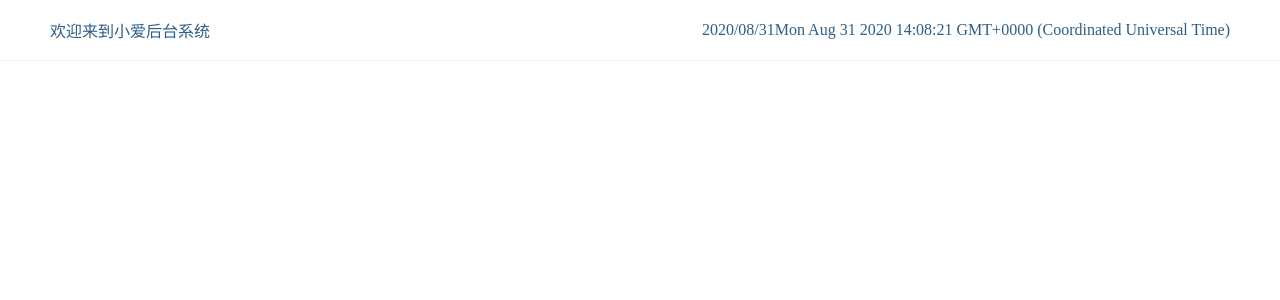
Repository: ZHANG-0714/backstage
Page: /
An editor plug-in stored every save of this project. The page is shown before and after the next save, followed by the edit.
The browser window is 1280 px wide. The pictures show the whole page.
The project was rebuilt for these pictures with package versions that can differ from the ones it lists, and the page was loaded fresh each time. Also part of the build but not shown: vue.config.js, src/views/Home.vue.

Above is the page before, as saved 2020-08-31 16:26:36.

### public/index.html
<!DOCTYPE html>
<html lang="en">

<head>
  <meta charset="utf-8">
  <meta http-equiv="X-UA-Compatible" content="IE=edge">
  <meta name="viewport" content="width=device-width,initial-scale=1.0">
  <link rel="icon" href="<%= BASE_URL %>favicon.ico">
  <title><%= htmlWebpackPlugin.options.title %></title>
</head>

<body>
  <noscript>
    <strong>We're sorry but <%= htmlWebpackPlugin.options.title %> doesn't work properly without JavaScript enabled.
      Please enable it to continue.</strong>
  </noscript>
  <div id="app"></div>
  <!-- built files will be auto injected -->

  <!--[if lte IE 9]>
    <div style='position:absolute; top: 50%; left:50%; margin-top: -50px;margin-left: -400px; align-items: center;justify-content: center;'>
      <div style='width: 800px; height: 100px;text-align: center'>
        <h1>
        您的浏览器版本过低 请下载最新的谷歌浏览器
      </h1>
      <div style='text-align: center;width: 800px'>
        <a href='http://rj.baidu.com/soft/detail/14744.html?ald'>下载谷歌浏览器点此链接</a>
      </div>
      </div>
    </div>
  <![endif]-->
</body>

</html>

### src/App.vue
<template>
  <div id="app">
    <router-view />
  </div>
</template>

<style lang="scss">
@import "../style/Css";
@import '../style/Situation'
</style>

### src/router/index.js
import Vue from 'vue'
import VueRouter from 'vue-router'
import Home from '../views/Home.vue'
import Public from '../views/Public.vue'

Vue.use(VueRouter)

const routes = [
  {
    path: '/home',
    redirect: '/'
  },
  {
    path: '/',
    component: Public,
    children: [
      {
        path: '',
        name: 'Home',
        component: Home,  //首页
        meta: {
          title: "首页"
        }
      },
    ]
  }
]

const router = new VueRouter({
  mode: 'history',
  base: process.env.BASE_URL,
  routes
})

export default router

### src/store/index.js
import Vue from 'vue'
import Vuex from 'vuex'
import user from './user/user'

Vue.use(Vuex)

export default new Vuex.Store({
  state: {
  },
  mutations: {
  },
  actions: {
  },
  modules: {
    user
  }
})

### style/Css.css
* {
	margin: 0;
	padding: 0;
}

.flex {
	display: flex;
}

.justify-content {
	justify-content: center;
}

.align-items {
	align-items: center;
}

.space-around {
	justify-content: space-around;
}

.space-between {
	justify-content: space-between;
}

.flex-direction {
	flex-direction: column;
}

.flex-end {
	align-items: flex-end;
}

.text-overflow {
	overflow: hidden;
	text-overflow: ellipsis;
	display: -webkit-box;
	-webkit-line-clamp: 1;
	-webkit-box-orient: vertical;
}

.opacity {
	opacity: 0.9;
}

.filter {
	filter: blur(30px);
	z-index: -1;
}

.flex-wrap {
	flex-wrap: wrap;
}

.position {
	position: fixed;
}

### style/Situation.scss
.el-card--header--img--doos {
    .el-card__header {
        border-bottom: 1px solid #535353;
    }
    .el-form-item__label{
        padding: 0;
    }
}

### src/views/Public.vue
<template>
  <!-- 公共 -->
  <div>
    <headTop></headTop>
  </div>
</template>

<script>
import headTop from "../components/public/headTop";
export default {
  name: "",
  props: {},
  components: {
    headTop,
  },
  data() {
    return {};
  },
  methods: {},
  mounted() {},
  watch: {},
  computed: {},
};
</script>

<style scoped lang='scss'>
</style>

### src/store/user/user.js
import api from '../../http/api'
import router from '../../router'
import { Message } from 'element-ui'

export default {
    // 开启命名空间 这个文件就是单独的一个vuex的模块
    namespaced: true,
    state: {
        menus: []
    },
    mutations: {
        seMenus(state, data) {
            state.menus = data
        }
    },
    actions: {
        //所有的请求都写在actions里面
        // actions 里面的方法可以传两个参数，第一个参数是整个store(vuex对象) 第二个参数是请求的参数
        async getMenus({ commit }) {
            let res = await api.getMenus()
            if (res.meta.status === 200) {
                // 提交mutation
                commit('setMenus', res.data)
            }
        },
        //登录
        async login({ commit }, { username, password }) {
            let res = await api.login({
                username,
                password
            })
            console.log(commit);
            console.log(res);
            if (res.meta.status === 200) {
                // 存储信息
                localStorage.setItem('adminToken', res.data.toke)
                localStorage.setItem('adminUser', JSON.stringify(res.data))
                // 跳转路由
                router.push('/')
                // 提示用户
                Message.success('登录成功')
            }
        }
    },
}

### src/components/public/headTop.vue
<template>
  <!-- 头部组件 -->
  <div class="top flex align-items space-between">
    <div class="name">欢迎来到小爱后台系统</div>
    <div class="flex">
      <div>{{time}}</div>
      <div>{{date}}</div>
    </div>
  </div>
</template>

<script>
import dayjs from "dayjs";
export default {
  name: "",
  props: {},
  components: {},
  data() {
    return {
      time: "", //获取当前登录时间
      date: new Date(),
    };
  },
  methods: {},
  mounted() {
    //  获取当前登录时间
    this.time = dayjs().format("YYYY/MM/DD");
    console.log(this.time);

    let _this = this; // 声明一个变量指向Vue实例this，保证作用域一致
    this.timer = setInterval(() => {
      _this.date = new Date(); // 修改数据date
    }, 1000);
  },
  //   beforeDestroy() {
  //     if (this.timer) {
  //       clearInterval(this.timer); // 在Vue实例销毁前，清除我们的定时器
  //     }
  //   },
  watch: {},
  computed: {},
};
</script>

<style scoped lang='scss'>
.top {
  height: 60px;
  padding: 0 50px;
  border-bottom: 1px solid #f0f2f5;
  color: #2e5e85;
}
</style>

### src/http/api.js
import service from './index'

export default {
    login({ username, password }) {
        return service.post('/login', {
            username,
            password
        })
    }
}

### src/http/index.js
import axios from 'axios'
import nprogress from 'nprogress'
import { Message } from 'element-ui'

//运行环境：本地环境:devlpment 和线上（生产）环境：production
const ispro = process.env.NODE_ENV === 'production'

//创建一个axios的实例
const service = axios.create({
    //基础路径:需要根据当前的运行环境来判断
    baseURL: ispro ? '线上接口路径' : '/api',
    //超时时间
    timeout: 100000
})

// 请求拦截：每一次发请求都会做的事
service.interceptors.request.use((config) => {
    nprogress.start()
    //前后端鉴权
    //jwt：JSON WEB TOKEN
    //登录成功后 后端会返回一个令牌
    let token = localStorage.getItem('abminToken')
    if (token) {
        config.headers['Authorization'] = token
    }
    return config
}, err => {
    nprogress.done()
    return Promise.reject(err)
})

//响应拦截：每一次接口返回数据的时候都会做的事
service.interceptors.response.use((res) => {
    nprogress.done()
    return res.data
}, err => {
    if (err.response && err.response.status) {
        // 错误请求的状态码
        let status = err.response.status
        if (status === 400) {
            Message.error('参数错误')
        }
        if (status === 401) {
            Message.error('登录过期，请重新登录')
        }
        if (status === 403) {
            Message.error('没有权限')
        }
        if (status === 404) {
            Message.error('接口路径错误')
        }
        if (status === 500) {
            Message.error('服务器出错')
        }
        if (status === 503) {
            Message.error('服务器在维护')
        }
    }
    return Promise.reject(err)
}
)

export default service

Loaded but not shown: src/main.js (common file)

After the next save:
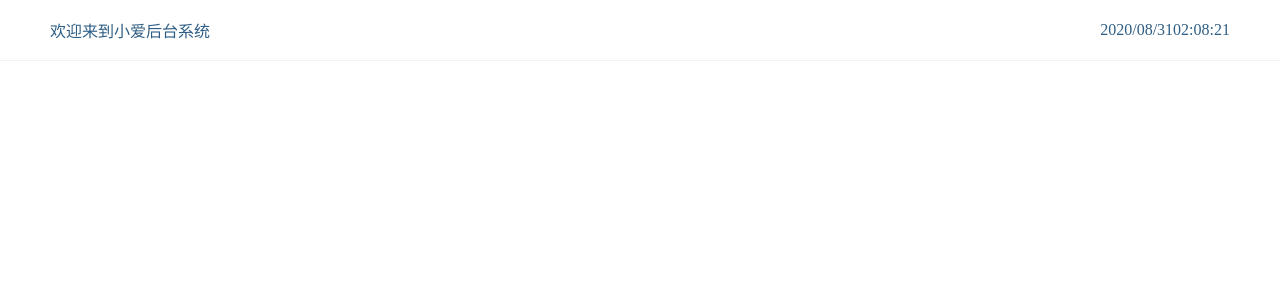
Saved 67 s later.
--- a/src/components/public/headTop.vue
+++ b/src/components/public/headTop.vue
@@ -18,7 +18,7 @@ export default {
   data() {
     return {
       time: "", //获取当前登录时间
-      date: new Date(),
+      date: '',
     };
   },
   methods: {},
@@ -29,14 +29,9 @@ export default {
 
     let _this = this; // 声明一个变量指向Vue实例this，保证作用域一致
     this.timer = setInterval(() => {
-      _this.date = new Date(); // 修改数据date
+      _this.date = dayjs().format('hh:mm:ss'); // 修改数据date
     }, 1000);
   },
-  //   beforeDestroy() {
-  //     if (this.timer) {
-  //       clearInterval(this.timer); // 在Vue实例销毁前，清除我们的定时器
-  //     }
-  //   },
   watch: {},
   computed: {},
 };
